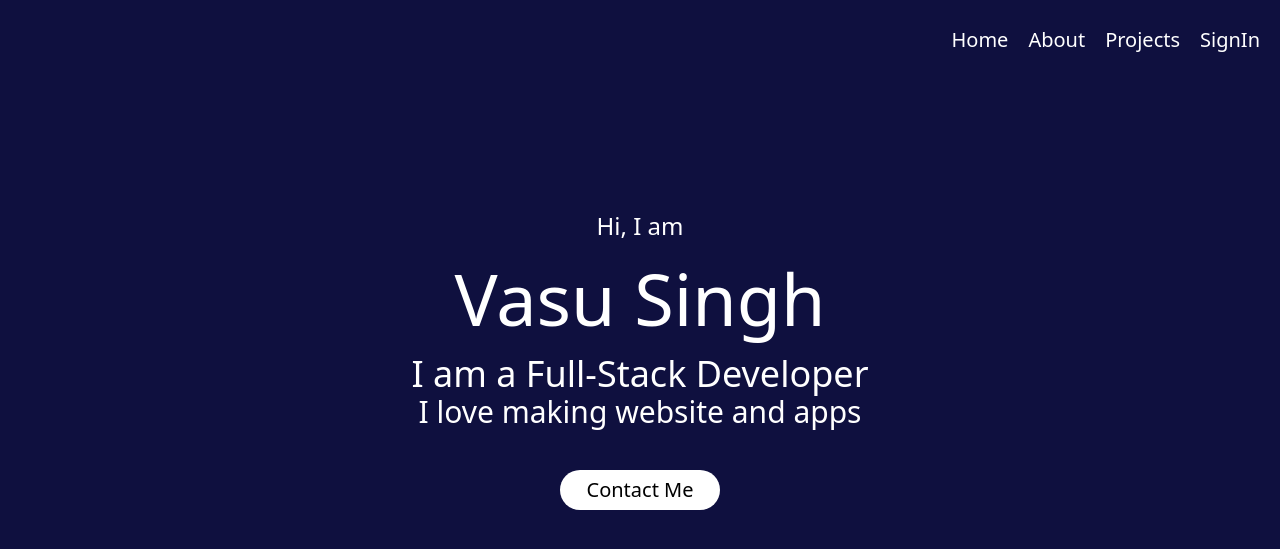
Repository: vasucp1207/vasuDev
Page: /
An editor plug-in stored every save of this project. The page is shown before and after the next save, followed by the edit.
The browser window is 1280 px wide. The pictures show the whole page.
The project was rebuilt for these pictures with package versions that can differ from the ones it lists, and the page was loaded fresh each time. The framework's server and built-in components were replaced by stand-ins that run in the browser. Also part of the build but not shown: next.config.js.

Above is the page before, as saved 2022-07-17 23:37:45.

### pages/index.tsx
import type { NextPage } from 'next'
import Head from 'next/head'
import Hero from './Hero'
import Navbar from './Navbar'

const Home: NextPage = () => {
  return (
    <div className="p-0 m-0 bg-darkB text-white">
      <Head>
        <title>Create Next App</title>
      </Head>

      <Navbar />
      <Hero />
    </div>
  )
}

export default Home

### pages/Hero.tsx
import React from 'react'

function Hero() {
  return (
    <div className='h-screen bg-darkB'>
        <div className='text-white flex flex-col justify-center items-center h-screen'>
            <p className='text-2xl'>Hi, I am</p>
            <h1 className='mt-5 text-7xl'>Vasu Singh</h1>
            <h3 className='mt-5 text-4xl'>I am a Full-Stack Developer</h3>
            <h4 className='text-3xl'>I love making website and apps</h4>
            <button className='hover:text-white transition-all 200 hover:bg-green-400 mt-10 bg-white text-black h-10 w-40 outline-none rounded-full text-xl'>Contact Me</button>
        </div>
    </div>
  )
}

export default Hero

### pages/Navbar.tsx
import React from 'react'

function Navbar() {
  return (
    <div className='h-20 w-screen absolute bg-transparent flex justify-end items-center'>
        <div className='flex space-x-5 text-xl font-normal mr-5 items-center'>
            <p className='hover:text-green-400 cursor-pointer'>Home</p>
            <p className='hover:text-green-400 cursor-pointer'>About</p>
            <p className='hover:text-green-400 cursor-pointer'>Projects</p>
            <p className='hover:text-green-400 cursor-pointer'>SignIn</p>
        </div>
    </div>
  )
}

export default Navbar

### tailwind.config.js
/** @type {import('tailwindcss').Config} */
module.exports = {
  content: [
    './pages/**/*.{js,ts,jsx,tsx}',
    './components/**/*.{js,ts,jsx,tsx}',
  ],
  theme: {
    extend: {
      colors: {
        darkB: 'rgba(15, 16, 63, 1)'
      }
    },
  },
  plugins: [],
}

Loaded but not shown: pages/_app.tsx (common file); styles/globals.css (common file)

After the next save:
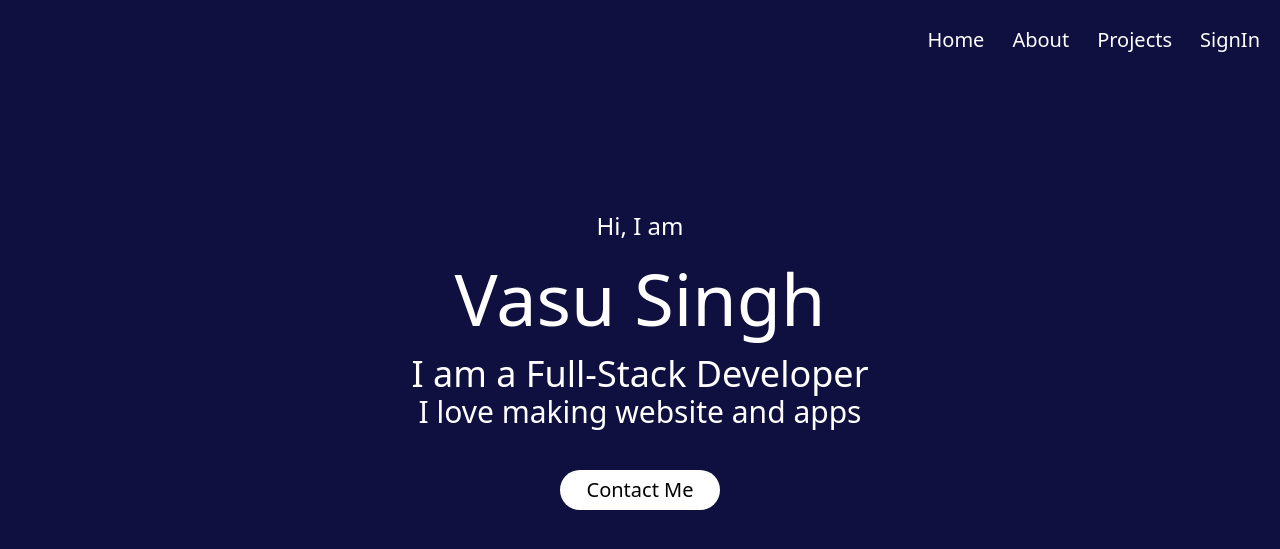
Saved 7 s later.
--- a/pages/Navbar.tsx
+++ b/pages/Navbar.tsx
@@ -3,7 +3,7 @@
 function Navbar() {
   return (
     <div className='h-20 w-screen absolute bg-transparent flex justify-end items-center'>
-        <div className='flex space-x-5 text-xl font-normal mr-5 items-center'>
+        <div className='flex space-x-7 text-xl font-normal mr-5 items-center'>
             <p className='hover:text-green-400 cursor-pointer'>Home</p>
             <p className='hover:text-green-400 cursor-pointer'>About</p>
             <p className='hover:text-green-400 cursor-pointer'>Projects</p>
